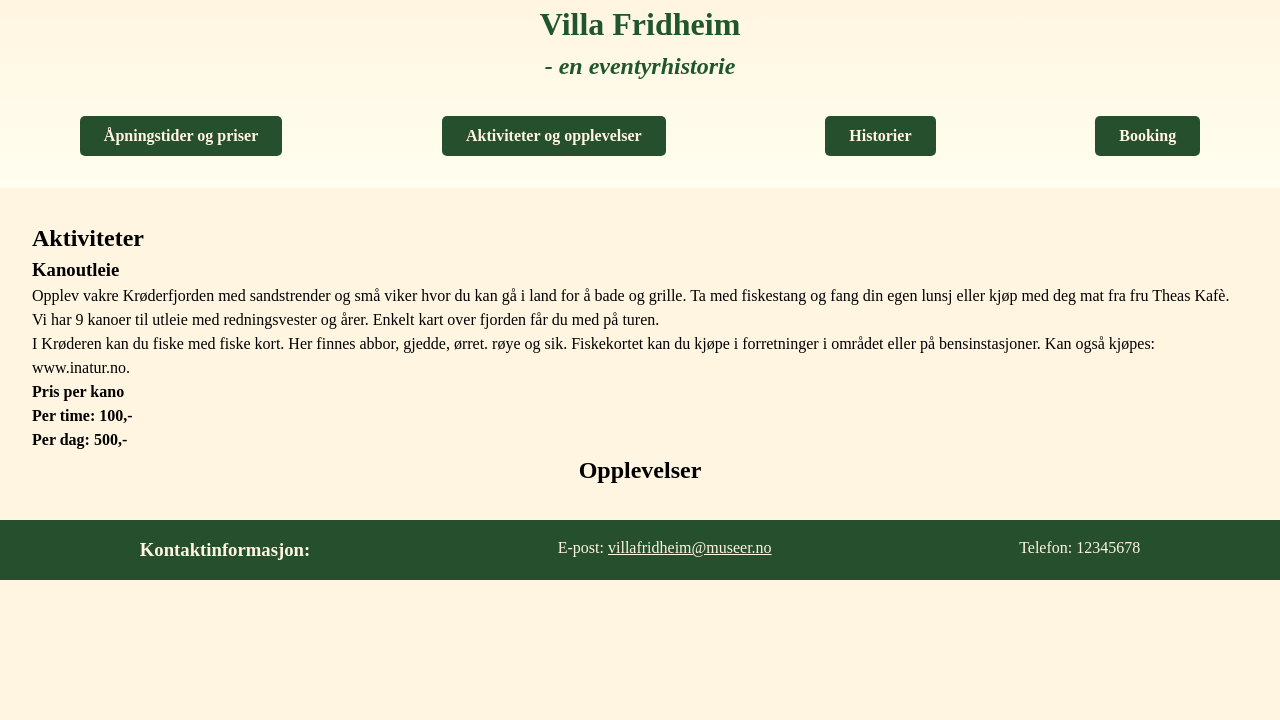
Repository: IdaHolmen/villa-fridheim
Page: src/activities.html
The author's editor kept a copy of each file at every save. The page is drawn from the files as they stood at one save, then again after the next save.
The browser window is 1280 px wide. The pictures show the whole page.
Some web fonts or font styles are not loaded; a fallback is used.

Above is the page before, as saved 2024-10-07 13:43:12.

After the next save:
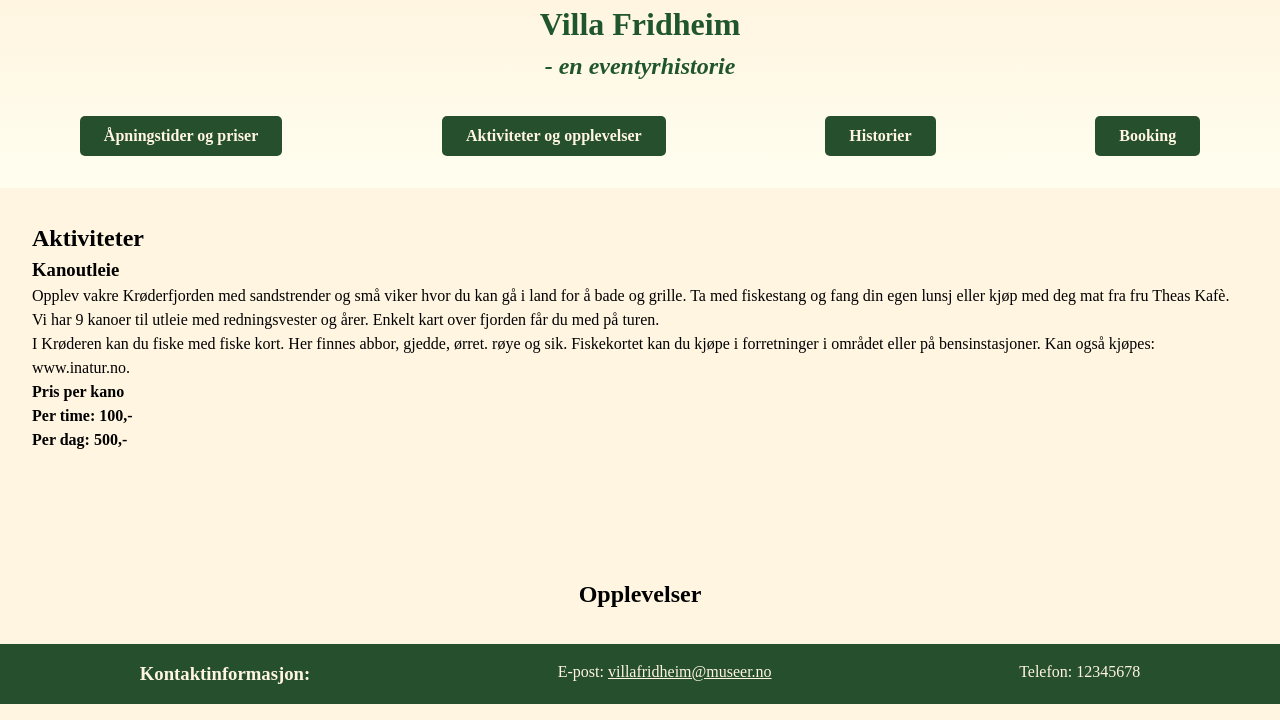
Saved 3 min 12 s later.
--- a/css/style.css
+++ b/css/style.css
@@ -141,7 +141,7 @@
 }
 
 .activities {
-    height: 40%;
+    height: 20rem;
     display: flex;
     flex-direction: column;
 }
